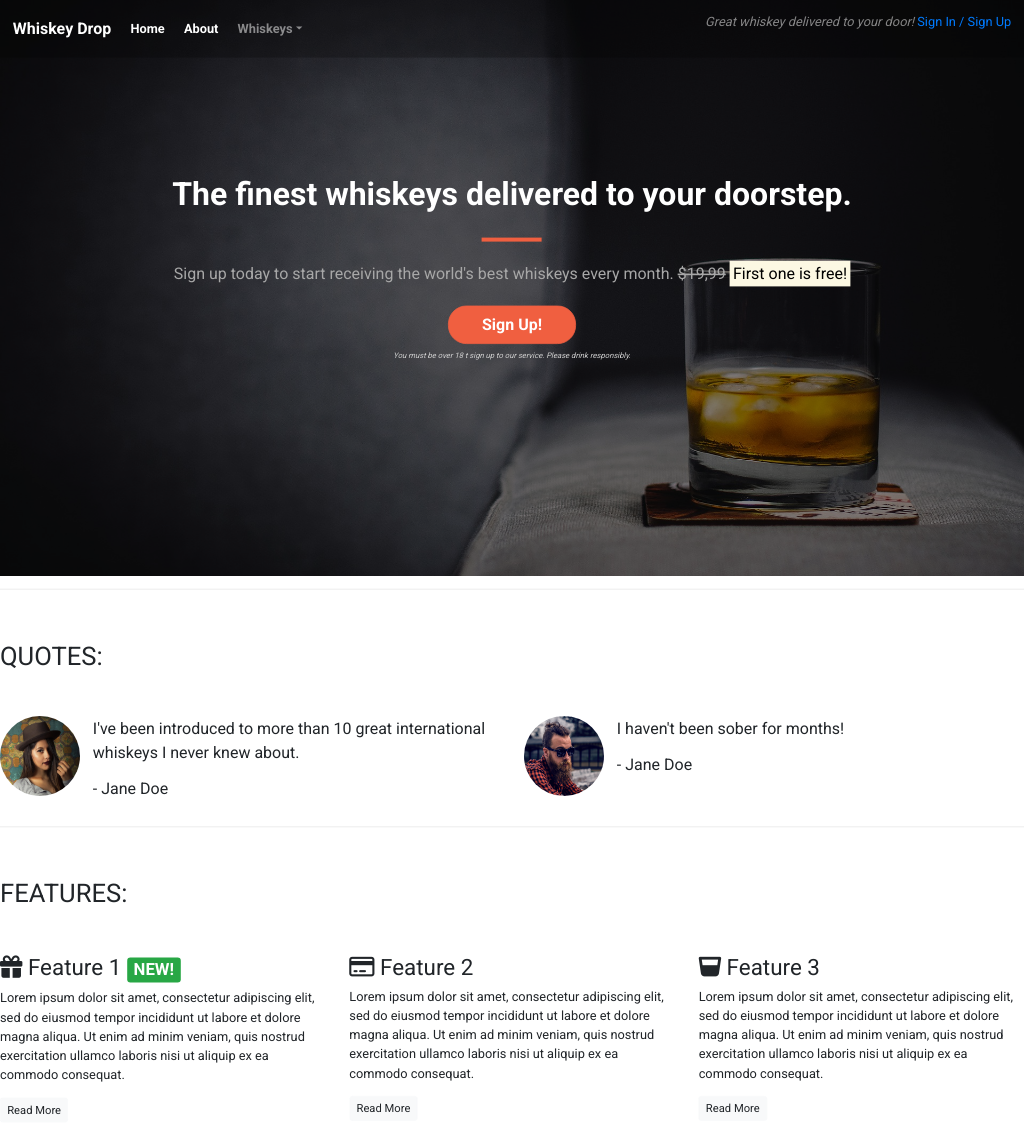
Repository: nitr-am/whiskey-project
Page: index.html
The author's editor kept a record of every edit. The page is drawn from the files as they stood at one moment, then again after the next edit.
The browser window is 1280 px wide. The page is 1295 px wide, so the pictures cover 1295 px, including what lies to the right of the window. The pictures show the whole page, at 80% of full size.
Backgrounds fixed to the window are drawn as part of the page. Some web libraries are served in a nearby version.

Above is the page before.

After the next edit:
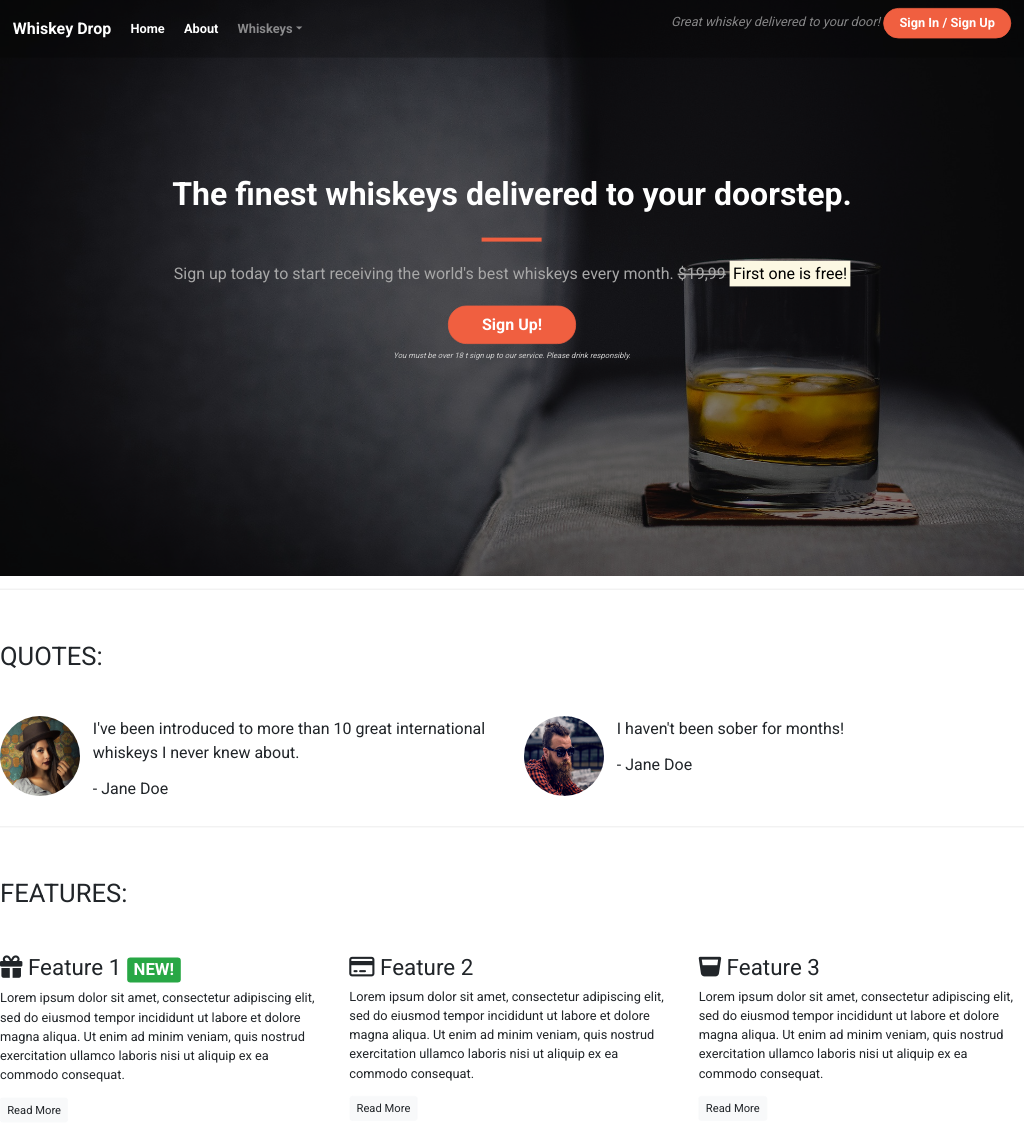
The edit:
--- a/index.html
+++ b/index.html
@@ -38,7 +38,7 @@
             </div>
             <div class="d-none d-md-block">
                 <p class="navbar-text my_auto -mr-2"><i>Great whiskey delivered to your door!</i></p>
-                <a href="/login">Sign In / Sign Up</a>
+                <a href="/login" class="btn btn--cta btn--red">Sign In / Sign Up</a>
             </div>
         </nav>
     </div>
